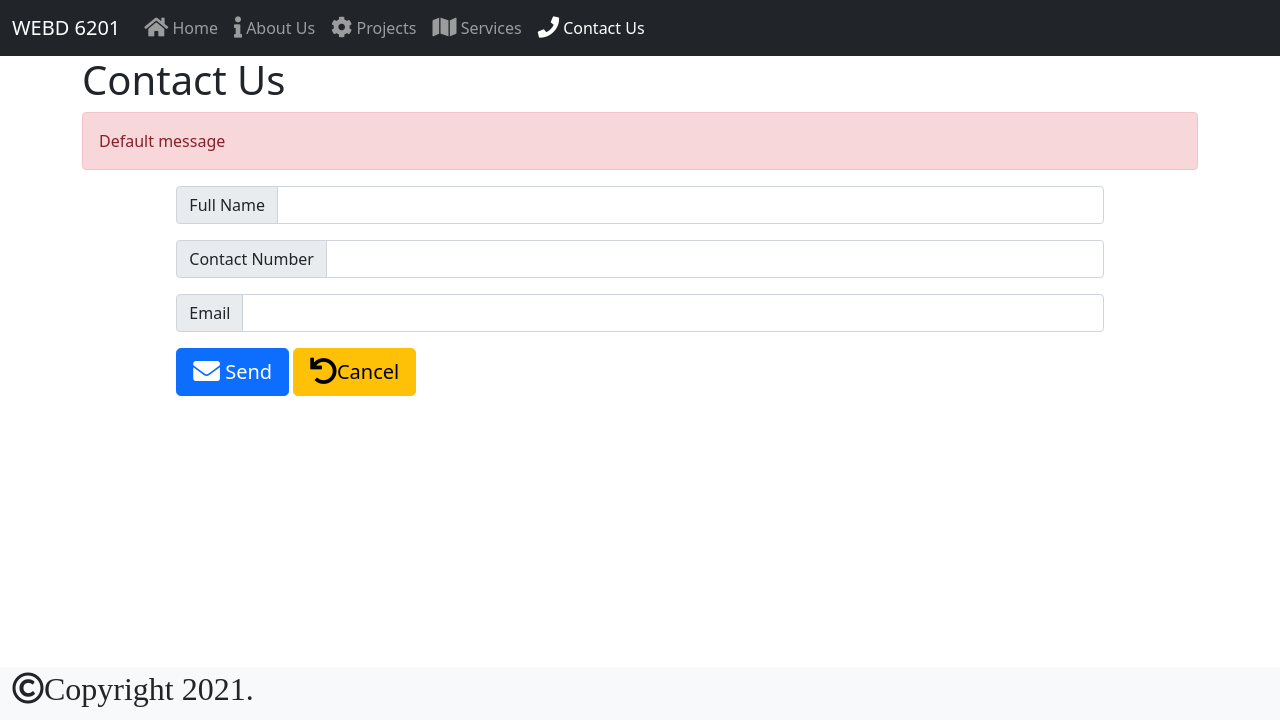
Repository: vans12345678/WEBD6201-W2021-Week3
Page: contact.html
These files come from the project's save history. The page is drawn as it stood at one moment and after the next save; the edit follows.
The browser window is 1280 px wide. The pictures show the whole page.

Above is the page before, as saved 2021-01-21 09:48:54.

### contact.html
<!DOCTYPE html>
<html lang="en">
<head>
    <meta charset="UTF-8">
    <meta name="viewport" content="width=device-width, initial-scale=1.0">
    <title>Contact Us</title>

    <!-- CSS Section -->
    <link rel="stylesheet" href="./node_modules/bootstrap/dist/css/bootstrap.min.css">
    <link rel="stylesheet" href="./node_modules/@fortawesome/fontawesome-free/css/all.min.css">
    <link rel="stylesheet" href="./Content/app.css">
</head>
<body>
  <!-- Main Header -->
    <header>
      <!-- Main Navigation -->
        <nav class="navbar navbar-expand-lg navbar-dark bg-dark">
            <div class="container-fluid">
              <a class="navbar-brand" href="index.html">WEBD 6201</a>
              <button class="navbar-toggler" type="button" data-bs-toggle="collapse" data-bs-target="#navbarSupportedContent" aria-controls="navbarSupportedContent" aria-expanded="false" aria-label="Toggle navigation">
                <span class="navbar-toggler-icon"></span>
              </button>
              <div class="collapse navbar-collapse" id="navbarSupportedContent">
                <ul class="navbar-nav me-auto mb-2 mb-lg-0">
                  <li class="nav-item">
                    <a class="nav-link " aria-current="page" href="index.html"><i class="fas fa-home fa-lg"></i> Home</a>
                  </li>

                  <li class="nav-item">
                    <a class="nav-link" aria-current="page" href="about.html"><i class="fas fa-info fa-lg"></i> About Us</a>
                  </li>

                  <li class="nav-item">
                    <a class="nav-link" aria-current="page" href="projects.html"><i class="fas fa-cog fa-lg"></i> Projects</a>
                  </li>

                  <li class="nav-item">
                    <a class="nav-link" aria-current="page" href="services.html"><i class="fas fa-map fa-lg"></i> Services</a>
                  </li>

                  <li class="nav-item">
                    <a class="nav-link active" aria-current="page" href="contact.html"><i class="fas fa-phone fa-lg"></i> Contact Us</a>
                  </li>
                </ul>
              </div>
            </div>
          </nav>
    </header>
  <!-- Main Contents -->
    <main class="container">
        <h1>Contact Us</h1>

        <div class="alert alert-danger" id="messageArea">Default message</div>

        <div class = "row justify-content-lg-center g-3">
          <form class = "col-col-lg-6 col-md-10 col-sm-10">
            <div class="input-group mb-3">
              <span class="input-group-text" id="inputGroup-sizing-default">Full Name</span>
              <input id = "fullName" type="text" class="form-control" aria-label="Full Name" aria-describedby="Full Name Input"
              name = "fullName" required>
            </div>

            <div class="input-group mb-3">
              <span class="input-group-text" id="inputGroup-sizing-default">Contact Number</span>
              <input id = "contactNumber" type="tel" class="form-control" aria-label="Contact Number" aria-describedby="Contact Number Input"
              name = "contactNumber" required>
            </div>

            <div class="input-group mb-3">
              <span class="input-group-text" id="inputGroup-sizing-default">Email</span>
              <input id = "emailAddress" type="email" class="form-control" aria-label="Email Address" aria-describedby="Email Address Input"
              name = "emailAddress" required>
            </div>

          <button type="submit" class="btn btn-primary btn-lg"><i class="fas fa-envelope fa-lg"></i> Send</button>
          <button type="reset" class="btn btn-warning btn-lg"><i class="fas fa-undo fa-lg"></i>Cancel</button>
        </form>
        </div>


    </main>
    <!-- Main Footer -->
    <footer>
        <nav class="navbar fixed-bottom navbar-light bg-light">
            <div class="container-fluid">
                <h4><i class="far fa-copyright fa-lg">Copyright 2021.</i></h4>
            </div>
          </nav>
    </footer>
    <!-- Script Section -->
    <script src="./node_modules/jquery/dist/jquery.min.js"></script>
    <script src="./node_modules/bootstrap/dist/js/bootstrap.bundle.min.js"></script>
    <script src="./Scripts/app.js"></script>
</body>
</html>

### Scripts/app.js
/* Custom JavaScript goes here */

//IIFE - Immediately Invoked Function Expression
//AKA - Anonymous Self-Executing Function
//Closure - limits scope leak

"use strict";

(function(){

    function displayHome()
    {

        let paragraphOneText = "This is a simple site to demonstrate DOM Manipulation for ICE 1";
        let paragraphOneElement = document.getElementById("paragraphOne");

        paragraphOneElement.textContent = paragraphOneText;
        //paragraphOneElement.style = "color: blue; font-weight: bold;";
        paragraphOneElement.className = "fs-5 fw-bold text-center";

        //Step 1. document.createElement
        let newParagraph = document.createElement("p");
        //Step 2. Configure the element
        newParagraph.setAttribute("id", "paragraphTwo");
        newParagraph.textContent = "... And this is paragraph two";
        //Step 3. Select parent element
        let mainContent = document.getElementsByTagName("main")[0];
        //Step 4. Add / Insert the element
        mainContent.appendChild(newParagraph);

        newParagraph.className = "fs-6";

        //Another way of injecting content`
        let paragraphDiv = document.createElement('div');
        let paragraphThree =  `<p id = "paragraphThree" class = "fs-7 fw-bold">...And this is the Third paragraph</p>`;
        paragraphDiv.innerHTML = paragraphThree;
        // mainContent.innerHTML = paragraphThree;
        // console.log(paragraphOneElement);

        //insertion before node
        //newParagraph.before(paragraphDiv);

        //insertion after node
        newParagraph.after(paragraphDiv);

        //deletions
        //example of removing a single element
        //paragraphOneElement.remove();

        //example of removeChild
        //mainContent.removeChild(paragraphOneElement);

        //update / modification
        //mainContent.firstElementChild.textContent = "Welcome home";

        mainContent.innerHTML =
        `<h1 id = "firstHeading">Welcome to WEBD6201 - Lab 1</h1>
        <p id = "paragraphOne" class = "fs-3 fw-bold">This is my first paragraph</p>
        `;

    }
    function displayAbout()
    {

    }
    function displayProjects()
    {

    }
    function displayServices()
    {

    }
    function displayContact()
    {

        let messageArea = document.getElementById("messageArea");
        messageArea.hidden = true;

        //form validation
        let fullName = document.getElementById("fullName");
        fullName.addEventListener("blur", function()
        {
            if(fullName.value.length < 2)
            {
                fullName.focus();
                fullName.select();
                messageArea.hidden = false;
                messageArea.textContent = "Please enter an appropriate name > 2 characters";
            }
            else
            {
                messageArea.hidden = true;
            }
        })
    }
    function Start()
    {
        console.log("App Started...");

        switch(document.title)
        {
            case "Home":
                displayHome();
                break;
            case "About":
                displayAbout();
                break;
            case "Projects":
                displayProjects();
                break;
            case "Services":
                displayServices();
                break;
            case "contact":
                displayContact();
                break;
        }


    }

    window.addEventListener("load", Start);

})();

Loaded but not shown: node_modules/bootstrap/dist/css/bootstrap.min.css (library); node_modules/@fortawesome/fontawesome-free/css/all.min.css (library); Content/app.css (common file); node_modules/jquery/dist/jquery.min.js (library); node_modules/bootstrap/dist/js/bootstrap.bundle.min.js (library)

After the next save:
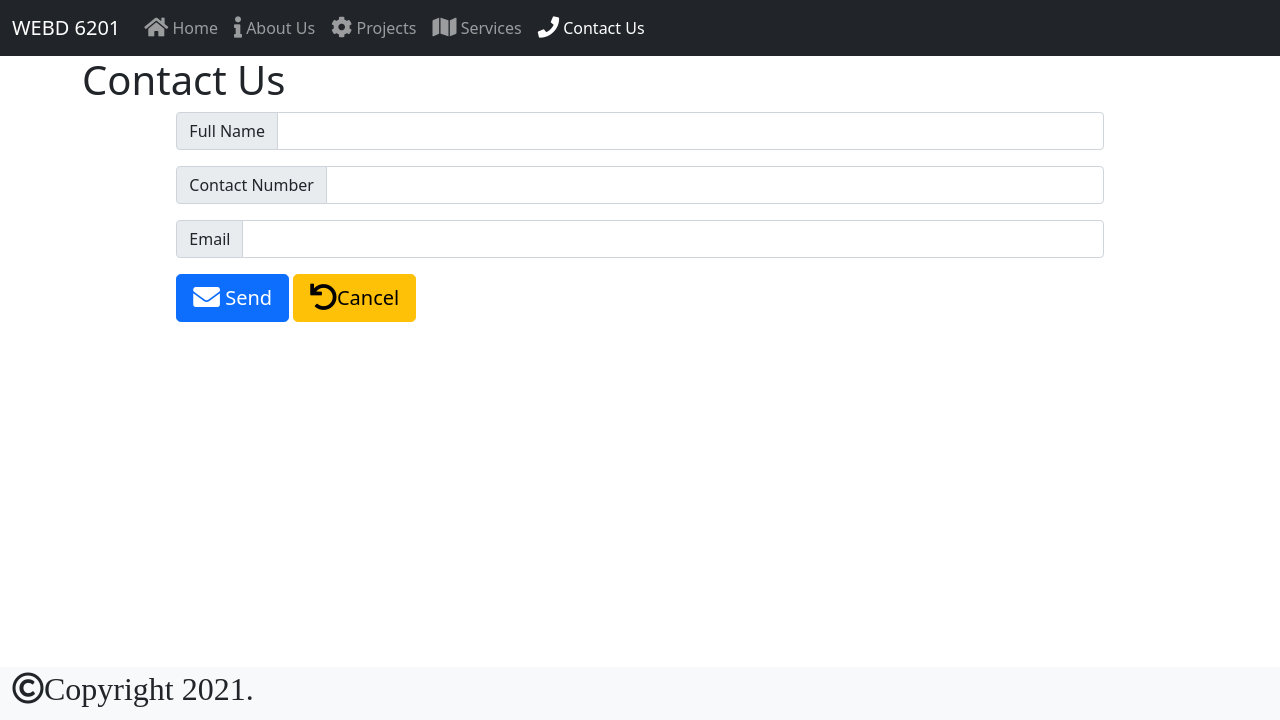
Saved 76 s later.
--- a/Scripts/app.js
+++ b/Scripts/app.js
@@ -112,7 +112,7 @@
             case "Services":
                 displayServices();
                 break;
-            case "contact":
+            case "Contact Us":
                 displayContact();
                 break;
         }
